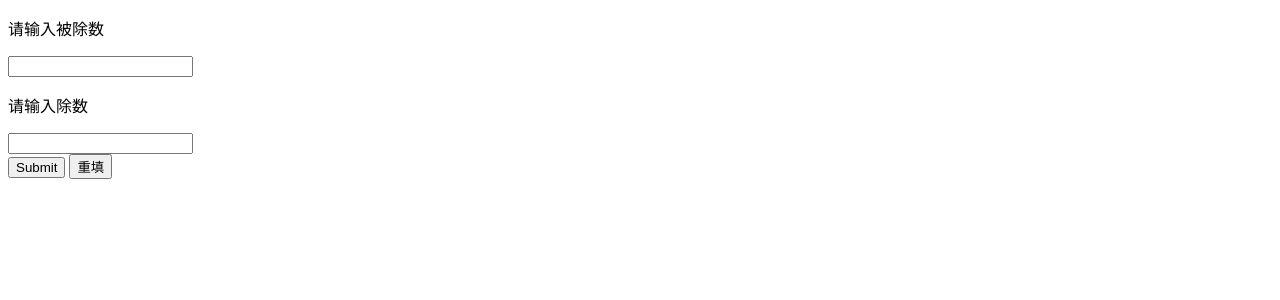
Repository: xienezheng/javaPractice
Page: javaweb/Calculate/WebContent/div.html
These files come from the project's save history. The page is drawn as it stood at one moment and after the next save; the edit follows.
The browser window is 1280 px wide. The pictures show the whole page.

Above is the page before, as saved 2017-04-20 23:58:04.

After the next save:
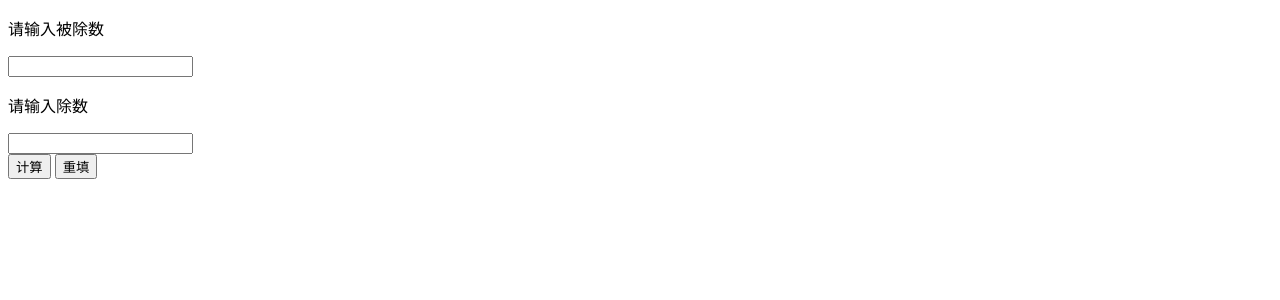
Saved 7 min 17 s later.
--- a/javaweb/Calculate/WebContent/div.html
+++ b/javaweb/Calculate/WebContent/div.html
@@ -5,13 +5,13 @@
 <title>Insert title here</title>
 </head>
 <body>
-<form action="div.jsp">
+<form action="div.jsp"method="post">
 <p>请输入被除数</p>
 <input type="text"name="one">
 <p>请输入除数</p>
 <input type="text"name="two">
 <br>
-<input type="submit",value="计算">
+<input type="submit"value="计算">
 <input type="reset"value="重填">
 </form>
 </body>
